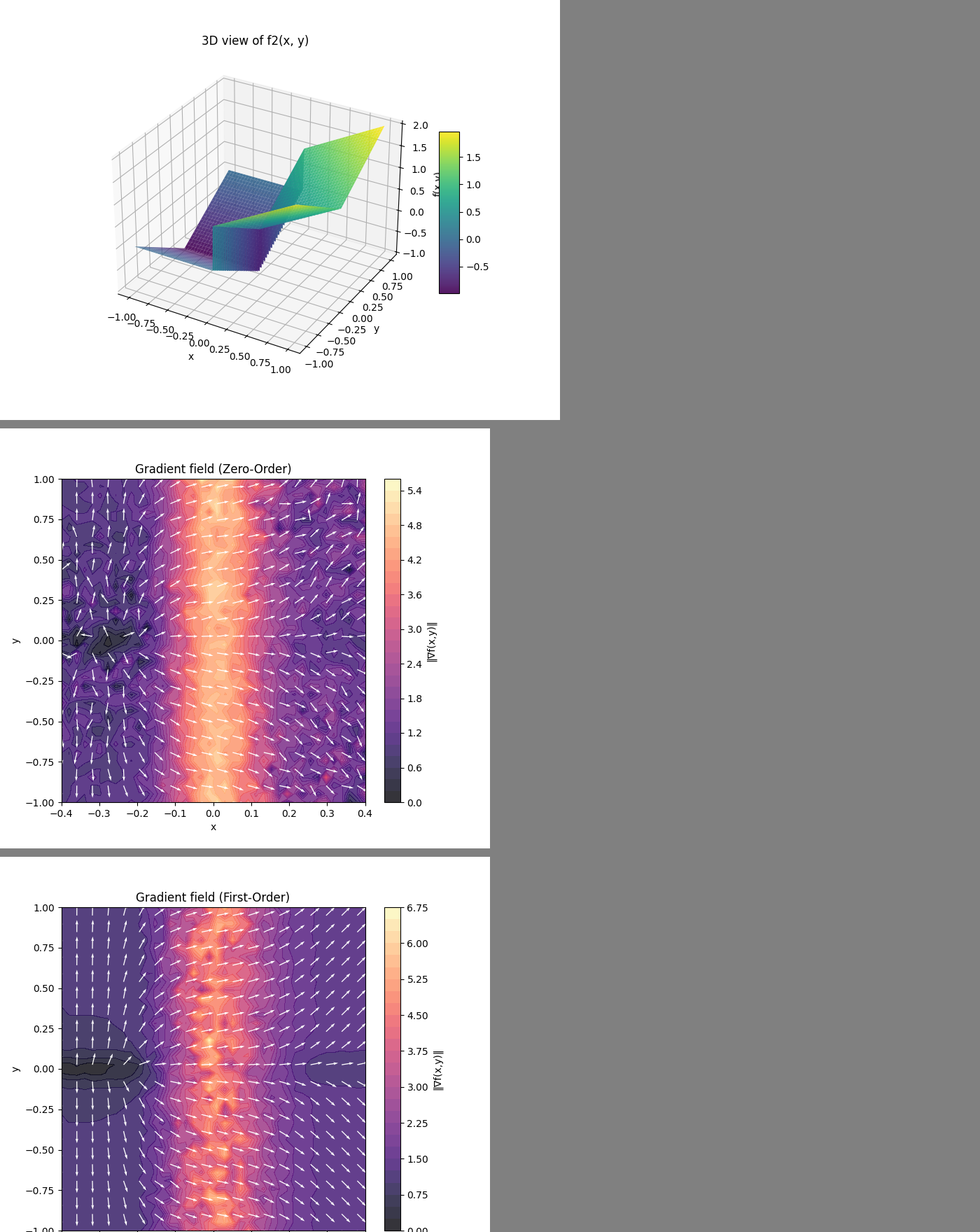
Repository: oomcth/Gradient-smoothing
Script's output: python test2D.py
The author's editor kept a copy of each file at every save. The script's output is drawn from the files as they stood at one save, then again after the next save.
The pictures show rows 0 to 1760 of an output 2836 px tall, at 70% of full size.
Each picture stacks the figures in order, with grey between them; figures that are only written to a file come last. Figures wider than 1,400 px are first shrunk to that width. Random numbers start from a fixed seed.

Above is the script's output before, as saved 2025-11-24 01:00:15.

### test2D.py
import numpy as np
import matplotlib.pyplot as plt
from mpl_toolkits.mplot3d import Axes3D

sigma = 0.1
M = 500
Ns = 500
L = 3
rng = np.random.default_rng()


def f2(x, y):
    return np.where(x >= 0, x + np.abs(y), -1 + np.abs(y))


def grad_f2(Xs):
    x = Xs[:, 0]
    y = Xs[:, 1]
    dfdx = np.where(x > 0, 1.0, 0.0)
    dfdy = np.where(y > 0, 1.0, -1.0)
    return np.stack((dfdx, dfdy), axis=1)


def gaussian_density(omega, sigma):
    omega = np.asarray(omega)
    norm_sq = np.sum(omega**2, axis=-1)
    const = 1.0 / (2 * np.pi * sigma**2)
    return const * np.exp(-norm_sq / (2 * sigma**2))


def zo_gradient_2d(f, x, y):
    X = np.array([x, y])
    omegas = rng.normal(0, sigma, size=(M, 2))
    Xs = X + omegas
    f_vals = f(Xs[:, 0], Xs[:, 1])
    weights = -omegas / (sigma**2)
    grad_est = -(f_vals[:, None] * weights).mean(axis=0)
    return grad_est


def fo_gradient_2d(f, x, y):
    X = np.array([x, y])
    omegas = rng.normal(0, sigma, size=(M, 2))
    Xs = X + omegas
    grads_vals = grad_f2(Xs)
    y_s = rng.uniform(-L, L, size=Ns)
    z = np.stack((np.zeros_like(y_s), y_s), axis=1)
    p_surface = gaussian_density(z - X, sigma)
    surf_term = np.array([1.0, 0.0]) * (2 * L / Ns) * np.sum(p_surface)
    return grads_vals.mean(0) + surf_term


def bi_gradient_2d(f, x, y):
    X = np.array([x, y])[np.newaxis, :]
    y_s = rng.uniform(-L, L, size=Ns)
    z = np.stack((np.zeros_like(y_s), y_s), axis=1)
    p_surface = gaussian_density(z - X, sigma)
    surf_term = np.array([1.0, 0.0]) * (2 * L / Ns) * np.sum(p_surface)
    return grad_f2(X).mean(0) + surf_term


def plot_f2_3d(f, x_range=(-1, 1), y_range=(-1, 1), n=200):
    xv = np.linspace(x_range[0], x_range[1], n)
    yv = np.linspace(y_range[0], y_range[1], n)
    X, Y = np.meshgrid(xv, yv)
    Z = f(X, Y)

    fig = plt.figure(figsize=(8, 6))
    ax = fig.add_subplot(111, projection="3d")
    surf = ax.plot_surface(X, Y, Z, cmap="viridis", edgecolor="none", alpha=0.9)
    ax.set_xlabel("x")
    ax.set_ylabel("y")
    ax.set_zlabel("f(x,y)")
    ax.set_title("3D view of f2(x, y)")
    fig.colorbar(surf, ax=ax, shrink=0.5, aspect=8)
    plt.show()


plot_f2_3d(f2, x_range=(-1, 1), y_range=(-1, 1))


Xmin = -0.4
Xmax = 0.4
xv = np.linspace(Xmin, Xmax, 40)
yv = np.linspace(-1, 1, 40)
X, Y = np.meshgrid(xv, yv)

U_zo = np.zeros_like(X)
V_zo = np.zeros_like(Y)
U_fo = np.zeros_like(X)
V_fo = np.zeros_like(Y)
U_bi = np.zeros_like(X)
V_bi = np.zeros_like(Y)

for i in range(X.shape[0]):
    for j in range(X.shape[1]):
        grad_zo = zo_gradient_2d(f2, X[i, j], Y[i, j])
        grad_fo = fo_gradient_2d(f2, X[i, j], Y[i, j])
        grad_bi = bi_gradient_2d(f2, X[i, j], Y[i, j])
        U_zo[i, j], V_zo[i, j] = grad_zo
        U_fo[i, j], V_fo[i, j] = grad_fo
        U_bi[i, j], V_bi[i, j] = grad_bi


def plot_vector_field(X, Y, U, V, title):
    norm = np.sqrt(U**2 + V**2)
    Udir = U / (norm + 1e-8)
    Vdir = V / (norm + 1e-8)
    fig, ax = plt.subplots(figsize=(7, 6))
    cont = ax.contourf(X, Y, norm, levels=30, cmap="magma", alpha=0.8)
    step = 2
    ax.quiver(
        X[::step, ::step],
        Y[::step, ::step],
        Udir[::step, ::step],
        Vdir[::step, ::step],
        color="white",
        scale=25,
    )
    ax.set_xlabel("x")
    ax.set_ylabel("y")
    ax.set_title(title)
    plt.colorbar(cont, ax=ax, label="‖∇f(x,y)‖")
    plt.show()


plot_vector_field(X, Y, U_zo, V_zo, "Gradient field (Zero-Order)")
plot_vector_field(X, Y, U_fo, V_fo, "Gradient field (First-Order)")
plot_vector_field(X, Y, U_bi, V_bi, "Gradient field (Bias-Term)")

grad_true = grad_f2(np.stack([X.ravel(), Y.ravel()], axis=1)).reshape(X.shape + (2,))
U_true, V_true = grad_true[..., 0], grad_true[..., 1]


def mse(U1, V1, U2, V2):
    return np.mean((U1 - U2) ** 2 + (V1 - V2) ** 2)


print("MSE vs true gradient:")
print(f"Zero-Order : {mse(U_zo, V_zo, U_true, V_true):.4e}")
print(f"First-Order: {mse(U_fo, V_fo, U_true, V_true):.4e}")
print(f"Bias-Term  : {mse(U_bi, V_bi, U_true, V_true):.4e}")

fig, axes = plt.subplots(1, 3, figsize=(18, 5))
titles = ["Zero-Order", "First-Order", "Bias-Term"]
fields = [(U_zo, V_zo), (U_fo, V_fo), (U_bi, V_bi)]

for ax, (U_, V_), title in zip(axes, fields, titles):
    norm = np.sqrt(U_**2 + V_**2)
    Udir = U_ / (norm + 1e-8)
    Vdir = V_ / (norm + 1e-8)
    cont = ax.contourf(X, Y, norm, levels=30, cmap="magma", alpha=0.8)
    step = 2
    ax.quiver(
        X[::step, ::step],
        Y[::step, ::step],
        Udir[::step, ::step],
        Vdir[::step, ::step],
        color="white",
        scale=25,
    )
    ax.set_title(title)
    ax.set_xlabel("x")
    ax.set_ylabel("y")

fig.colorbar(cont, ax=axes.ravel().tolist(), label="‖∇f(x,y)‖")
plt.suptitle("Comparison of the three gradient estimations")
plt.show()

After the next save:
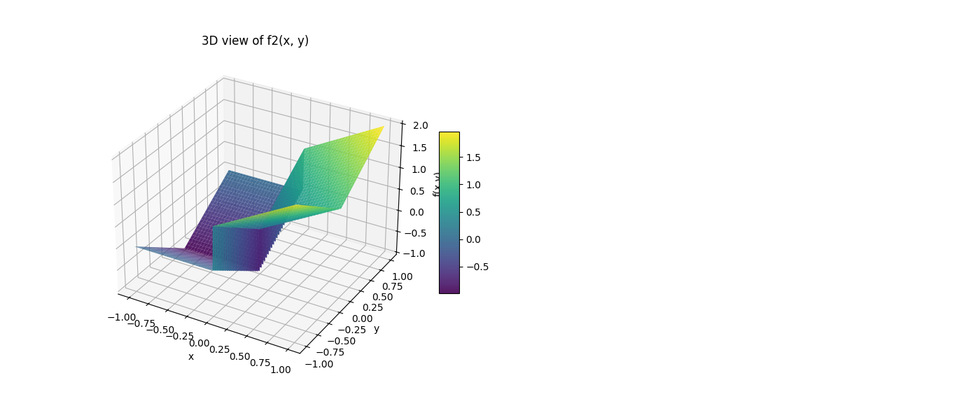
Error (its wording comes from the project's code and is left out).
Saved 46 s later.
--- a/test2D.py
+++ b/test2D.py
@@ -56,7 +56,7 @@
     z = np.stack((np.zeros_like(y_s), y_s), axis=1)
     p_surface = gaussian_density(z - X, sigma)
     surf_term = np.array([1.0, 0.0]) * (2 * L / Ns) * np.sum(p_surface)
-    return grad_f2(X).mean(0) + surf_term
+    return grad_f2(X) + surf_term
 
 
 def plot_f2_3d(f, x_range=(-1, 1), y_range=(-1, 1), n=200):

After the save that followed:
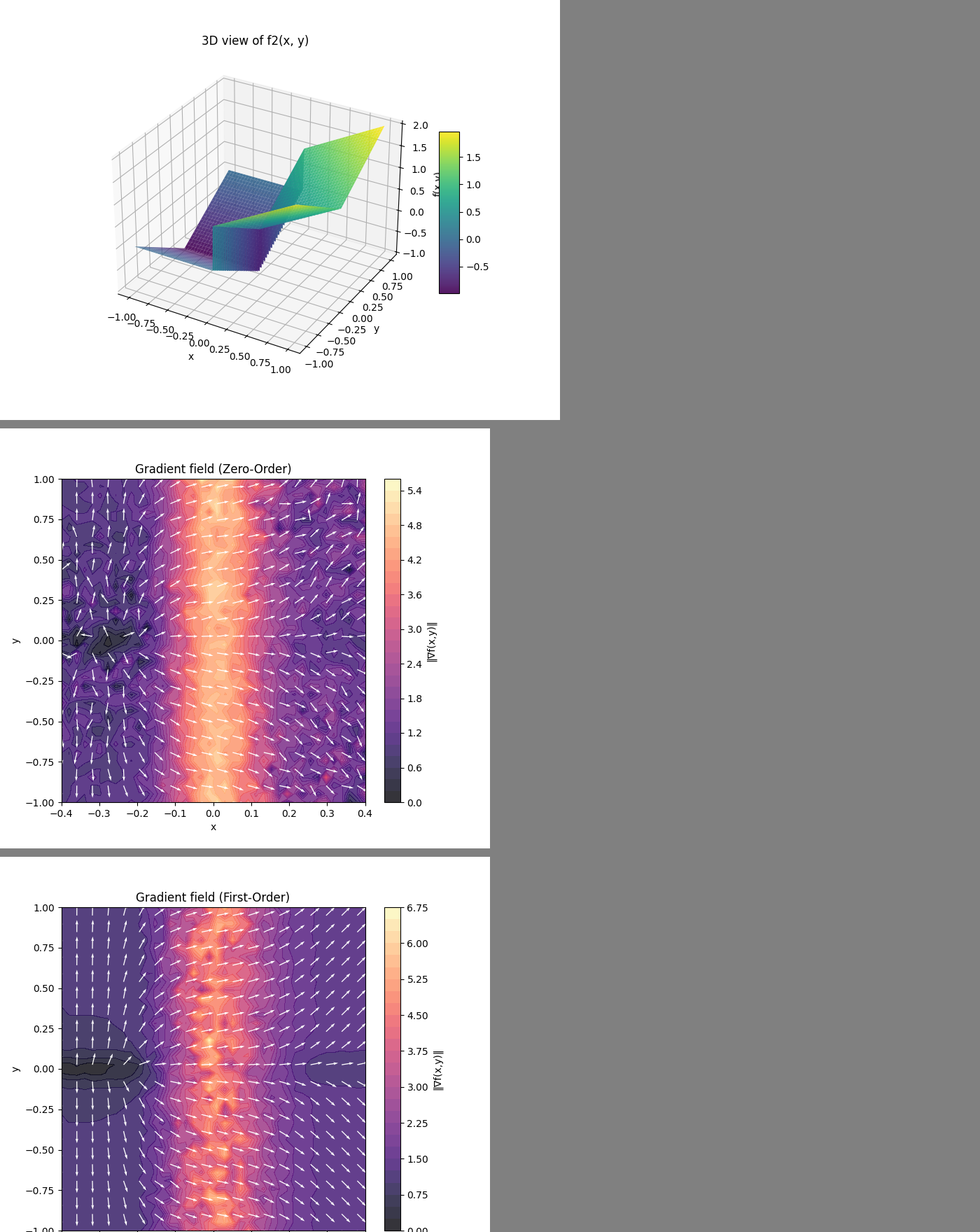
The error is gone.
Saved 14 s later.
--- a/test2D.py
+++ b/test2D.py
@@ -56,7 +56,7 @@
     z = np.stack((np.zeros_like(y_s), y_s), axis=1)
     p_surface = gaussian_density(z - X, sigma)
     surf_term = np.array([1.0, 0.0]) * (2 * L / Ns) * np.sum(p_surface)
-    return grad_f2(X) + surf_term
+    return grad_f2(X)[0] + surf_term
 
 
 def plot_f2_3d(f, x_range=(-1, 1), y_range=(-1, 1), n=200):
